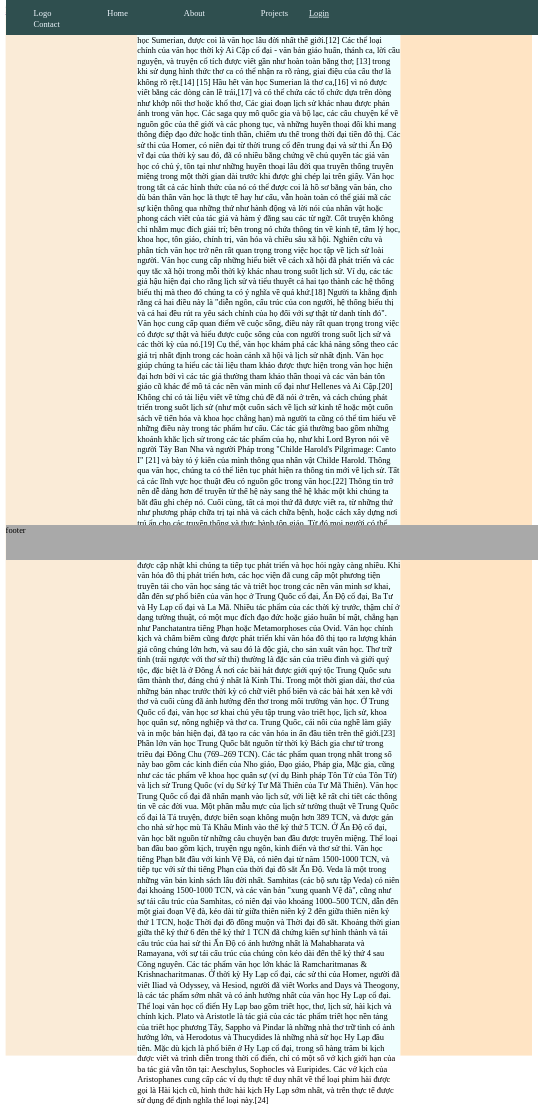
Repository: congle98/CSS_LayoutRWDCoBan
Page: index.html
The author's editor kept a copy of each file at every save. The page is drawn from the files as they stood at one save, then again after the next save.
The browser window is 768 px wide. The pictures show the part of the page from y = 0 to 2240 px (the page is 1580 px tall before and 4508 px after), at 70% of full size.

Above is the page before, as saved 2021-05-26 16:25:39.

### index.html
<!DOCTYPE html>
<html lang="en">
<head>
    <meta charset="UTF-8">
    <meta http-equiv="X-UA-Compatible" content="IE=edge">
    <meta name="viewport" content="width=device-width, initial-scale=1.0">
    <title>Document</title>
    <style>
        .col-1 {width: 8.33%;}
        .col-2 {width: 16.66%;}
        .col-3 {width: 25%;}
        .col-4 {width: 33.33%;}
        .col-5 {width: 41.66%;}
        .col-6 {width: 50%;}
        .col-7 {width: 58.33%;}
        .col-8 {width: 66.66%;}
        .col-9 {width: 75%;}
        .col-10 {width: 83.33%;}
        .col-11 {width: 91.66%;}
        .col-12 {width: 100%;}
        body{
            font-family:'Times New Roman', Times, serif;
            font-size: 12px;
        }
        .header{
            position:fixed;
            margin-bottom: 0px;
            top: 0;
            background-color: darkslategray;
            height: 50px;
        }
        .header__nav-item{
            position:relative;
            float: left;
            margin-right: 80px;
           list-style-type: none;
        }
        .header__nav-item a{
            color: aliceblue;
            text-decoration: none;
        }
        .header__nav-login{
            color: aliceblue;
            position:relative;
            right: 50px;
        }
        .left{
            height: 1500px;
            background-color: antiquewhite;
            position: relative;
            float: left;
        }
        .main{
            height: 1500px;
            background-color: azure;
            position: relative;
            float: left;
        }
        .right{
            height: 1500px;
            background-color: bisque;
            position: relative;
            float: left;
        }
        .footer{
            background-color: darkgray;
            position: fixed;
            bottom: 0;
            height: 50px;

        }
    </style>
</head>
<body>
    <div class="app col-12">

        <div class="left col-3">
            <a href="">link</a>
        </div>
        <div class="main col-6">
            <p>Lịch sử văn học theo sát sự phát triển của nền văn minh. Khi được định nghĩa độc quyền là tác phẩm được viết ra, văn học Ai Cập cổ đại, [11] cùng với văn học Sumerian, được coi là văn học lâu đời nhất thế giới.[12] Các thể loại chính của văn học thời kỳ Ai Cập cổ đại - văn bản giáo huấn, thánh ca, lời cầu nguyện, và truyện cổ tích được viết gần như hoàn toàn bằng thơ; [13] trong khi sử dụng hình thức thơ ca có thể nhận ra rõ ràng, giai điệu của câu thơ là không rõ rệt.[14] [15] Hầu hết văn học Sumerian là thơ ca,[16] vì nó được viết bằng các dòng căn lề trái,[17] và có thể chứa các tổ chức dựa trên dòng như khớp nối thơ hoặc khổ thơ,

                Các giai đoạn lịch sử khác nhau được phản ánh trong văn học. Các saga quy mô quốc gia và bộ lạc, các câu chuyện kể về nguồn gốc của thế giới và các phong tục, và những huyền thoại đôi khi mang thông điệp đạo đức hoặc tinh thần, chiếm ưu thế trong thời đại tiền đô thị. Các sử thi của Homer, có niên đại từ thời trung cổ đến trung đại và sử thi Ấn Độ vĩ đại của thời kỳ sau đó, đã có nhiều bằng chứng về chủ quyền tác giả văn học có chủ ý, tồn tại như những huyền thoại lâu đời qua truyền thống truyền miệng trong một thời gian dài trước khi được ghi chép lại trên giấy.

                Văn học trong tất cả các hình thức của nó có thể được coi là hồ sơ bằng văn bản, cho dù bản thân văn học là thực tế hay hư cấu, vẫn hoàn toàn có thể giải mã các sự kiện thông qua những thứ như hành động và lời nói của nhân vật hoặc phong cách viết của tác giả và hàm ý đằng sau các từ ngữ. Cốt truyện không chỉ nhằm mục đích giải trí; bên trong nó chứa thông tin về kinh tế, tâm lý học, khoa học, tôn giáo, chính trị, văn hóa và chiều sâu xã hội. Nghiên cứu và phân tích văn học trở nên rất quan trọng trong việc học tập về lịch sử loài người. Văn học cung cấp những hiểu biết về cách xã hội đã phát triển và các quy tắc xã hội trong mỗi thời kỳ khác nhau trong suốt lịch sử. Ví dụ, các tác giả hậu hiện đại cho rằng lịch sử và tiểu thuyết cả hai tạo thành các hệ thống biểu thị mà theo đó chúng ta có ý nghĩa về quá khứ.[18] Người ta khẳng định rằng cả hai điều này là "diễn ngôn, cấu trúc của con người, hệ thống biểu thị và cả hai đều rút ra yêu sách chính của họ đối với sự thật từ danh tính đó". Văn học cung cấp quan điểm về cuộc sống, điều này rất quan trọng trong việc có được sự thật và hiểu được cuộc sống của con người trong suốt lịch sử và các thời kỳ của nó.[19] Cụ thể, văn học khám phá các khả năng sống theo các giá trị nhất định trong các hoàn cảnh xã hội và lịch sử nhất định.

                Văn học giúp chúng ta hiểu các tài liệu tham khảo được thực hiện trong văn học hiện đại hơn bởi vì các tác giả thường tham khảo thần thoại và các văn bản tôn giáo cũ khác để mô tả các nền văn minh cổ đại như Hellenes và Ai Cập.[20] Không chỉ có tài liệu viết về từng chủ đề đã nói ở trên, và cách chúng phát triển trong suốt lịch sử (như một cuốn sách về lịch sử kinh tế hoặc một cuốn sách về tiến hóa và khoa học chẳng hạn) mà người ta cũng có thể tìm hiểu về những điều này trong tác phẩm hư cấu. Các tác giả thường bao gồm những khoảnh khắc lịch sử trong các tác phẩm của họ, như khi Lord Byron nói về người Tây Ban Nha và người Pháp trong "Childe Harold's Pilgrimage: Canto I" [21] và bày tỏ ý kiến của mình thông qua nhân vật Childe Harold. Thông qua văn học, chúng ta có thể liên tục phát hiện ra thông tin mới về lịch sử. Tất cả các lĩnh vực học thuật đều có nguồn gốc trong văn học.[22] Thông tin trở nên dễ dàng hơn để truyền từ thế hệ này sang thế hệ khác một khi chúng ta bắt đầu ghi chép nó. Cuối cùng, tất cả mọi thứ đã được viết ra, từ những thứ như phương pháp chữa trị tại nhà và cách chữa bệnh, hoặc cách xây dựng nơi trú ẩn cho các truyền thống và thực hành tôn giáo. Từ đó mọi người có thể nghiên cứu văn học, cải thiện ý tưởng, nâng cao kiến thức của chúng tôi và các lĩnh vực học thuật như lĩnh vực y tế hoặc ngành nghề có thể được bắt đầu. Theo cách tương tự như sách vở mà chúng ta nghiên cứu ngày nay tiếp tục được cập nhật khi chúng ta tiếp tục phát triển và học hỏi ngày càng nhiều.

                Khi văn hóa đô thị phát triển hơn, các học viện đã cung cấp một phương tiện truyền tải cho văn học sáng tác và triết học trong các nền văn minh sơ khai, dẫn đến sự phổ biến của văn học ở Trung Quốc cổ đại, Ấn Độ cổ đại, Ba Tư và Hy Lạp cổ đại và La Mã. Nhiều tác phẩm của các thời kỳ trước, thậm chí ở dạng tường thuật, có một mục đích đạo đức hoặc giáo huấn bí mật, chẳng hạn như Panchatantra tiếng Phạn hoặc Metamorphoses của Ovid. Văn học chính kịch và châm biếm cũng được phát triển khi văn hóa đô thị tạo ra lượng khán giả công chúng lớn hơn, và sau đó là độc giả, cho sản xuất văn học. Thơ trữ tình (trái ngược với thơ sử thi) thường là đặc sản của triều đình và giới quý tộc, đặc biệt là ở Đông Á nơi các bài hát được giới quý tộc Trung Quốc sưu tầm thành thơ, đáng chú ý nhất là Kinh Thi. Trong một thời gian dài, thơ của những bản nhạc trước thời kỳ có chữ viết phổ biến và các bài hát xen kẽ với thơ và cuối cùng đã ảnh hưởng đến thơ trong môi trường văn học.

                Ở Trung Quốc cổ đại, văn học sơ khai chủ yếu tập trung vào triết học, lịch sử, khoa học quân sự, nông nghiệp và thơ ca. Trung Quốc, cái nôi của nghề làm giấy và in mộc bản hiện đại, đã tạo ra các văn hóa in ấn đầu tiên trên thế giới.[23] Phần lớn văn học Trung Quốc bắt nguồn từ thời kỳ Bách gia chư tử trong triều đại Đông Chu (769‒269 TCN). Các tác phẩm quan trọng nhất trong số này bao gồm các kinh điển của Nho giáo, Đạo giáo, Pháp gia, Mặc gia, cũng như các tác phẩm về khoa học quân sự (ví dụ Binh pháp Tôn Tử của Tôn Tử) và lịch sử Trung Quốc (ví dụ Sử ký Tư Mã Thiên của Tư Mã Thiên). Văn học Trung Quốc cổ đại đã nhấn mạnh vào lịch sử, với liệt kê rất chi tiết các thông tin về các đời vua. Một phần mẫu mực của lịch sử tường thuật về Trung Quốc cổ đại là Tả truyện, được biên soạn không muộn hơn 389 TCN, và được gán cho nhà sử học mù Tả Khâu Minh vào thế kỷ thứ 5 TCN.

                Ở Ấn Độ cổ đại, văn học bắt nguồn từ những câu chuyện ban đầu được truyền miệng. Thể loại ban đầu bao gồm kịch, truyện ngụ ngôn, kinh điển và thơ sử thi. Văn học tiếng Phạn bắt đầu với kinh Vệ Đà, có niên đại từ năm 1500-1000 TCN, và tiếp tục với sử thi tiếng Phạn của thời đại đồ sắt Ấn Độ. Veda là một trong những văn bản kinh sách lâu đời nhất. Samhitas (các bộ sưu tập Veda) có niên đại khoảng 1500-1000 TCN, và các văn bản "xung quanh Vệ đà", cũng như sự tái cấu trúc của Samhitas, có niên đại vào khoảng 1000‒500 TCN, dẫn đến một giai đoạn Vệ đà, kéo dài từ giữa thiên niên kỷ 2 đến giữa thiên niên kỷ thứ 1 TCN, hoặc Thời đại đồ đồng muộn và Thời đại đồ sắt. Khoảng thời gian giữa thế kỷ thứ 6 đến thế kỷ thứ 1 TCN đã chứng kiến sự hình thành và tái cấu trúc của hai sử thi Ấn Độ có ảnh hưởng nhất là Mahabharata và Ramayana, với sự tái cấu trúc của chúng còn kéo dài đến thế kỷ thứ 4 sau Công nguyên. Các tác phẩm văn học lớn khác là Ramcharitmanas & Krishnacharitmanas.

                Ở thời kỳ Hy Lạp cổ đại, các sử thi của Homer, người đã viết Iliad và Odyssey, và Hesiod, người đã viết Works and Days và Theogony, là các tác phẩm sớm nhất và có ảnh hưởng nhất của văn học Hy Lạp cổ đại. Thể loại văn học cổ điển Hy Lạp bao gồm triết học, thơ, lịch sử, hài kịch và chính kịch. Plato và Aristotle là tác giả của các tác phẩm triết học nền tảng của triết học phương Tây, Sappho và Pindar là những nhà thơ trữ tình có ảnh hưởng lớn, và Herodotus và Thucydides là những nhà sử học Hy Lạp đầu tiên. Mặc dù kịch là phổ biến ở Hy Lạp cổ đại, trong số hàng trăm bi kịch được viết và trình diễn trong thời cổ điển, chỉ có một số vở kịch giới hạn của ba tác giả vẫn tồn tại: Aeschylus, Sophocles và Euripides. Các vở kịch của Aristophanes cung cấp các ví dụ thực tế duy nhất về thể loại phim hài được gọi là Hài kịch cũ, hình thức hài kịch Hy Lạp sớm nhất, và trên thực tế được sử dụng để định nghĩa thể loại này.[24]</p>
        </div>
        <div class="right col-3">ADS</div>
        <header class="header col-12">
            <div class="header__nav-list col-8">
                 <ul>
                <li class="header__nav-item"><a href="">Logo</a></li>
                <li class="header__nav-item"><a href="">Home</a></li>
                <li class="header__nav-item"><a href="">About</a></li>
                <li class="header__nav-item"><a href="">Projects</a></li>
                <li class="header__nav-item"><a href="">Contact</a></li>
            </ul>
            </div>
            <div>
                <a class="header__nav-login col-4" href="">Login</a>
            </div>
        </header>
        <div class="footer col-12">footer</div>
    </div>
</body>
</html>

After the next save:
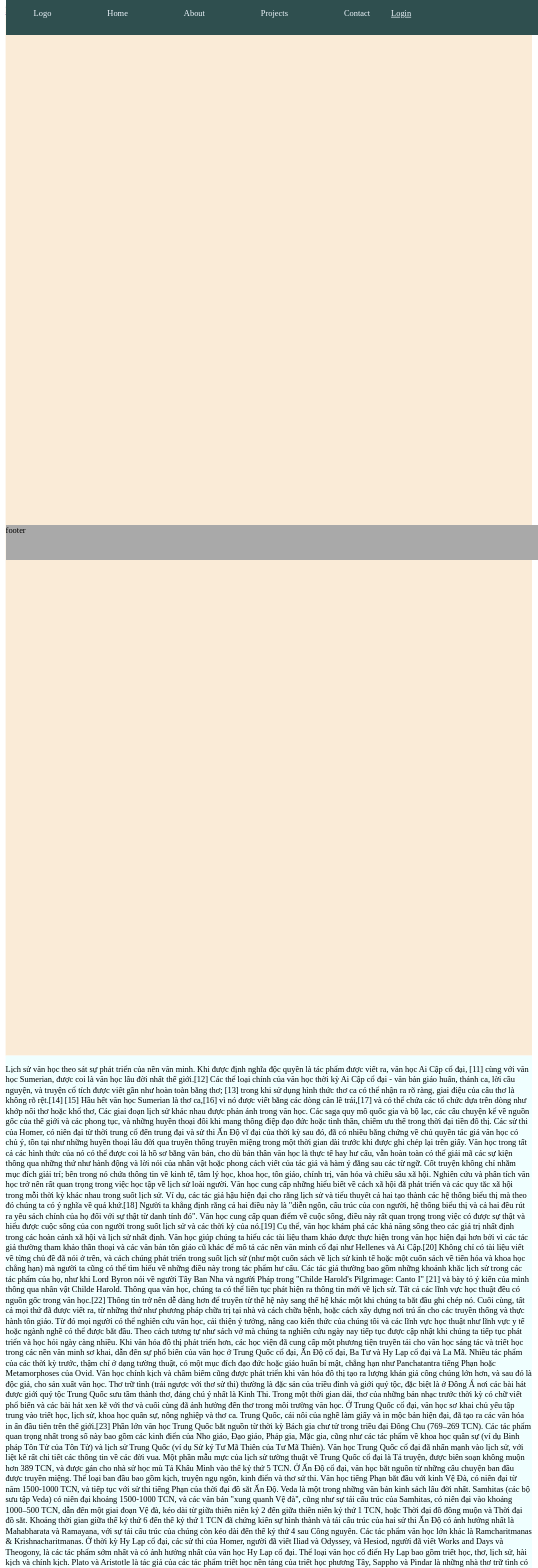
Saved 32 s later.
--- a/index.html
+++ b/index.html
@@ -69,6 +69,12 @@
             height: 50px;
 
         }
+        @media only screen and (max-width: 768px) {
+    /* For mobile phones: */
+    [class*="col-"] {
+        width: 100%;
+    }
+}
     </style>
 </head>
 <body>
